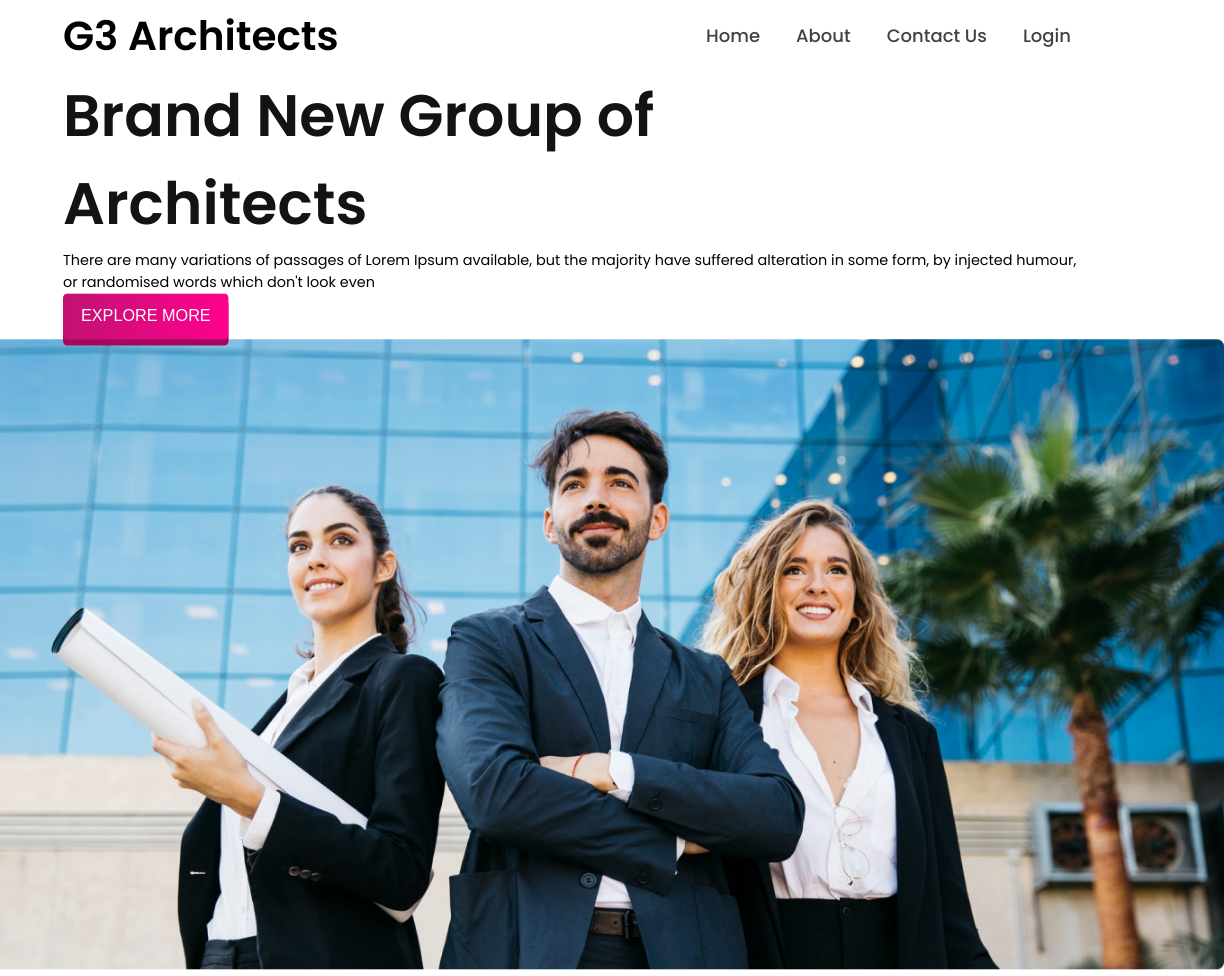
Repository: mdrubel02/G3_Architects
Page: index.html
The author's editor kept a copy of each file at every save. The page is drawn from the files as they stood at one save, then again after the next save.
The browser window is 1280 px wide. The page is 1360 px wide, so the pictures cover 1360 px, including what lies to the right of the window. The pictures show the whole page, at 90% of full size.

Above is the page before, as saved 2023-01-14 23:05:39.

After the next save:
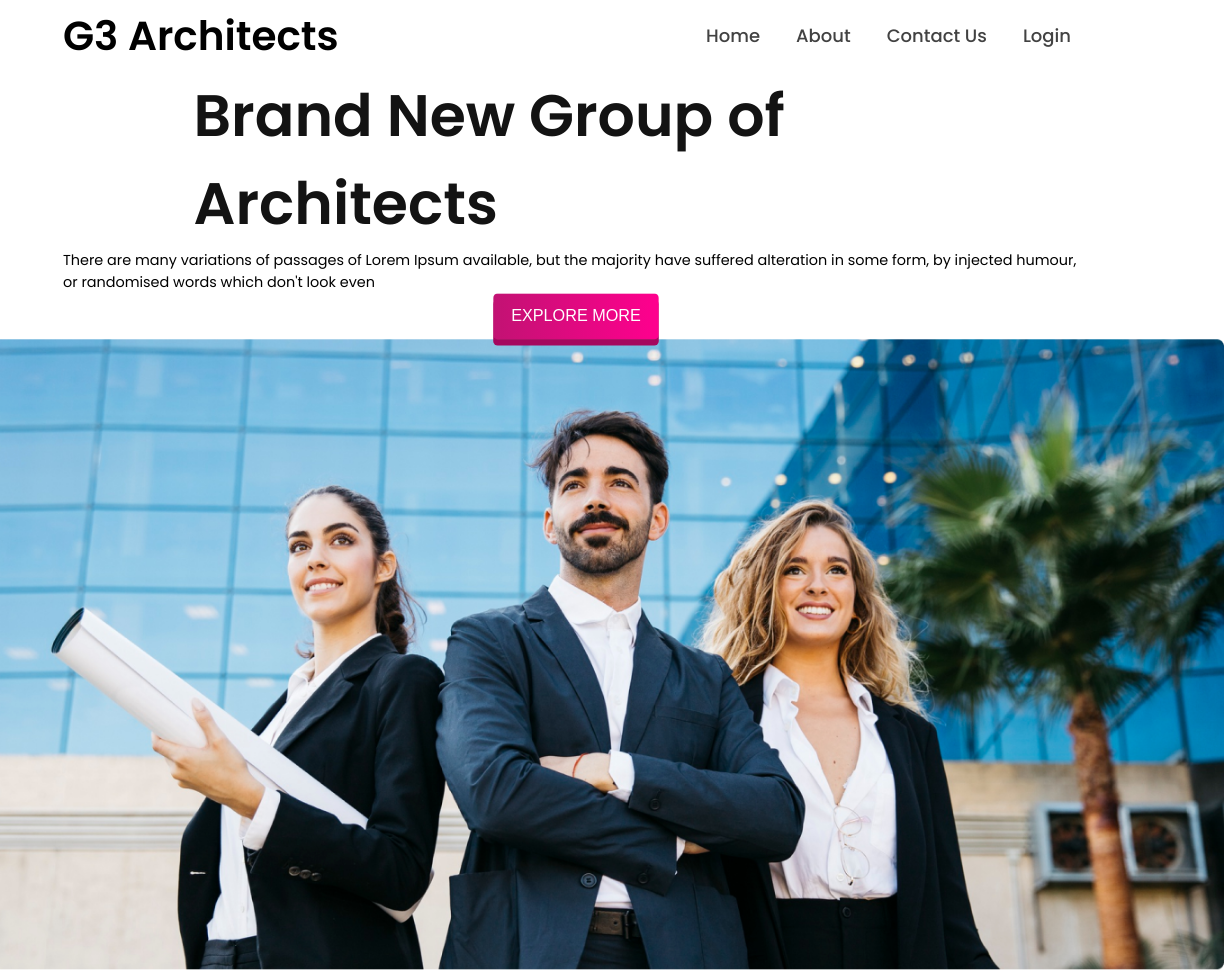
Saved 47 s later.
--- a/style.css
+++ b/style.css
@@ -98,6 +98,12 @@
     justify-content: center;
     align-items: center;
 }
+.banner_left{
+    display: flex;
+    flex-direction: column;
+    justify-content: center;
+    align-items: center;
+}
 .banner_left h1{
     font-size: 65px;
     font-weight: 700;
